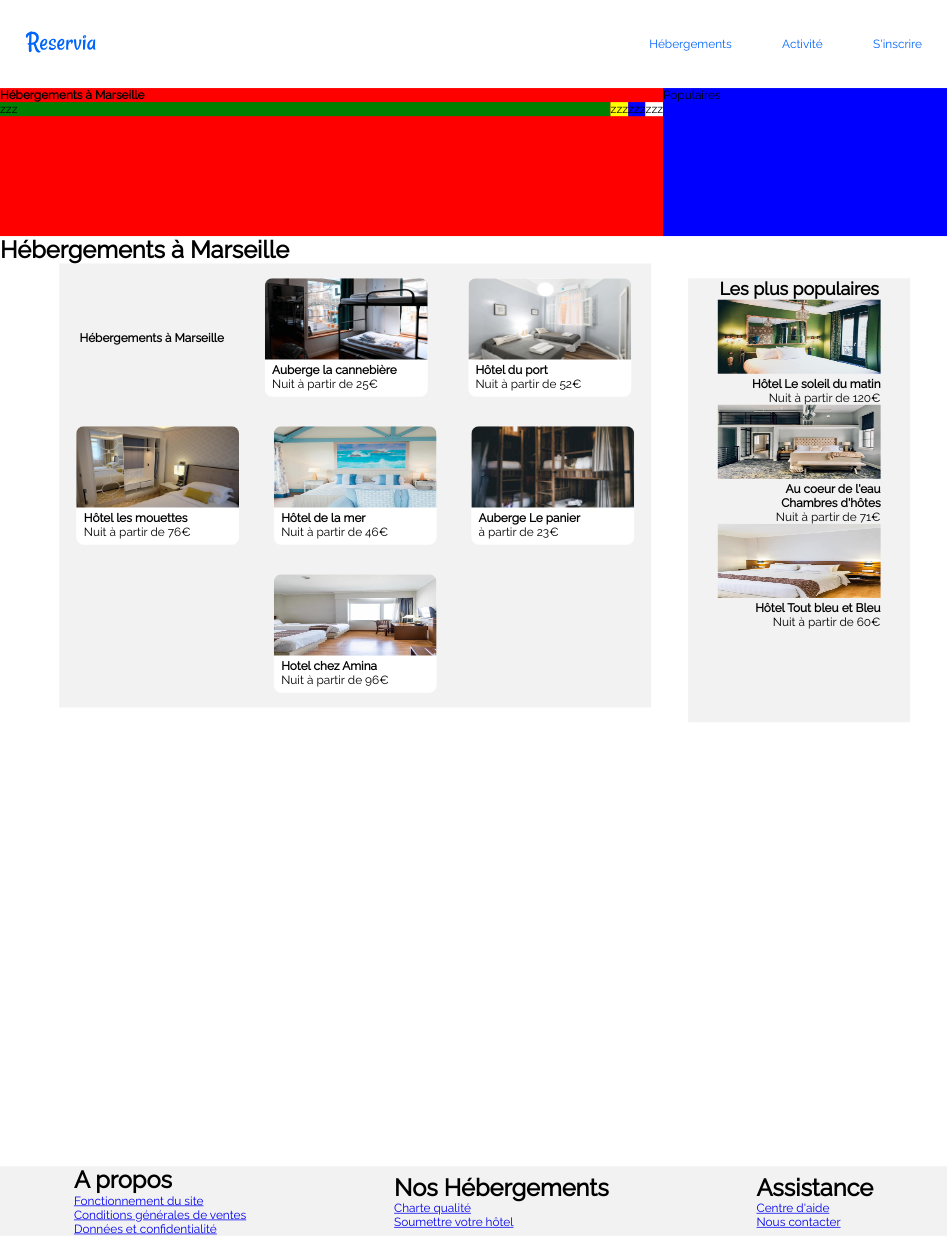
Repository: SoumareHarona/Soumaraharona_P2_18052021
Page: reservia.html
The author's editor kept a copy of each file at every save. The page is drawn from the files as they stood at one save, then again after the next save.
The browser window is 1280 px wide. The pictures show the whole page, at 74% of full size.

Above is the page before, as saved 2021-06-14 16:05:27.

### reservia.html
<!DOCTYPE html>
<html lang="fr">
    <head>
        <link rel="preconnect" href="https://fonts.gstatic.com">
        <link href="https://fonts.googleapis.com/css2?family=Raleway:wght@100&display=swap" rel="stylesheet">
        <meta charset="utf-8">
        <title>Réservia</title>
        <link rel="stylesheet" href="style.css">
        <link rel="icon" type="image/png" sizes="16x16" href="images/logo/Reservia@3x.png">
    </head>

    <body>
        <header>

            <nav class="navbar">
                <ul>
                    <li class="navbar-logo"><a href="#"><img class="logo" src="images/logo/Reservia.svg"></a></li>
                    <li class="=navbar-links"><a href="#">Hébergements</a></li>
                    <li class="navbar-links"><a href="#">Activité</a></li>
                    <li class="navbar-links"><a href="#">S'inscrire</a></li>
                </ul>
            </nav>

        </header>

        <div class="hebEtPop">
            <div class="heb" style="background-color: red;">
                <p class="titre"><b>Hébergements à Marseille</b></p>
                <div class="cards" style="display: flex;">

                    <div class="card" style="background-color: green;width: 100%;">zzz</div>
                    <div class="card" style="background-color: yellow;">zzz</div>
                    <div class="card" style="background-color: blue;">zzz</div>
                    <div class="card" style="background-color: white;">zzz</div>

                </div>

            </div>
            <div class="pop" style="background-color: blue;height: 200px;">Populaires</div>
        </div>

        <div><h1>Hébergements à Marseille</h1></div>


            <div id="hebergements">
                <div class="titre"><p><b>Hébergements à Marseille</b></p></div>
                <div class="items">
                    <a href="#"><img class="mosaique" src="images/hebergements/4_small/marcus-loke-WQJvWU_HZFo-unsplash.jpg" alt="" ></a>
                    <p><b>Auberge la cannebière</b><br>Nuit à partir de 25€</p>
                </div>

                <div class="items">
                    <a href="#"><img class="mosaique" src="images/hebergements/4_small/fred-kleber-gTbaxaVLvsg-unsplash.jpg" alt="" ></a>
                    <p><b>Hôtel du port</b><br> Nuit à partir de 52€</p>
                </div>

                <div class="items">
                    <a href="#"><img class="mosaique" src="images/hebergements/4_small/reisetopia-B8WIgxA_PFU-unsplash.jpg" alt="" ></a>
                    <p><b>Hôtel les mouettes</b><br>Nuit à partir de 76€</p>
                </div>

                <div class="items">
                    <a href="#"><img class="mosaique" src="images/hebergements/4_small/annie-spratt-Eg1qcIitAuA-unsplash.jpg" alt="" ></a>
                    <p><b>Hôtel de la mer</b> <br> Nuit à partir de 46€</p>
                </div>

                <div class="items">
                    <a href="#"><img class="mosaique" src="images/hebergements/4_small/nicate-lee-kT-ZyaiwBe0-unsplash.jpg" alt=""  ></a>
                    <p><b>Auberge Le panier</b><br> à partir de 23€</p>
                </div>

                <div class="items">
                    <a href="#"><img class="mosaique" src="images/hebergements/4_small/febrian-zakaria-M6S1WvfW68A-unsplash.jpg" alt="" ></a>
                    <p><b>Hotel chez Amina</b><br> Nuit à partir de 96€</p>
                </div>
            </div>

            <aside>
                <h2>Les plus populaires</h2>
                <div class="item-aside">
                    <a href="#"><img src="images/hebergements/4_small/emile-guillemot-Bj_rcSC5XfE-unsplash.jpg" alt="" height="100" width="220"></a>
                    <p><b>Hôtel Le soleil du matin</b><br>Nuit à partir de 120€</p>
                </div>

                <div class="item-aside">
                    <a href="#"><img src="images/hebergements/4_small/aw-creative-VGs8z60yT2c-unsplash.jpg" alt="" height="100" width="220"></a>
                    <p><b>Au coeur de l'eau</b><br><b>Chambres d'hôtes</b><br>Nuit à partir de 71€</p>
                </div>

                <div class="item-aside">
                    <a href="#"><img src="images/hebergements/4_small/febrian-zakaria-sjvU0THccQA-unsplash.jpg" alt="" height="100" width="220"></a>
                    <p><b>Hôtel Tout bleu et Bleu</b><br>Nuit à partir de 60€</p>
                </div>
        </aside>

        <footer>
            <div id="footer">
                <div class="item-footer">
                    <h1>A propos</h1>
                    <ul>
                        <li><a href="#">Fonctionnement du site</a></li>
                        <li><a href="#">Conditions générales de ventes</a></li>
                        <li><a href="#">Données et confidentialité</a></li>
                    </ul>
                </div>

                <div class="item-footer">
                    <h1>Nos Hébergements</h1>
                    <ul>
                        <li><a href="#">Charte qualité</a></li>
                        <li><a href="#">Soumettre votre hôtel</a></li>
                    </ul>
                </div>

                <div class="item-footer">
                    <h1>Assistance</h1>
                    <ul>
                        <li><a href="#">Centre d'aide</a></li>
                        <li><a href="#">Nous contacter</a></li>
                    </ul>
                </div>
            </div>
        </footer>
    </body>
</html>

### style.css
@import url("https://fonts.googleapis.com/css2?family=Raleway&display=swap");

* {
  margin: 0;
  padding: 0;
  box-sizing: border-box;
  font-family: "Raleway";
}
.navbar ul {
  display: flex;
  width: 100%;
  align-items: center;
  background-color: white;
}

.navbar li {
  list-style-type: none;
  padding: 1.5rem;
  margin: 10px;
}

.navbar a {
  text-decoration: none;
  color: #0065fc;
}
.navbar-logo {
  flex: 1;
  font-size: 1.5rem;
  user-select: none;
}

.navbar-links : :hover {
  background-color: #deebff;
}

.titre {
  display: flex;
  justify-content: flex-start;
  margin: 0;
}
#hebergements {
  display: flex;
  flex-wrap: wrap;
  justify-content: space-around;
  max-width: 800px;
  width: 80%;
  background-color: #f2f2f2;
  margin-left: 80px;
  align-items: center;
  height: 600px;
  border: 30px;
}

.items {
  width: 220px;
  height: 160px;
  background-color: white;
  border-radius: 10px;
  align-items: center;
  border: 20px;
}
.items img {
  width: 220px;
  height: 110px;
  border-top-left-radius: 10px;
  border-top-right-radius: 10px;
}

.items p {
  margin-left: 10px;
}

aside {
  display: flex;
  flex-direction: column;
  float: right;
  height: 600px;
  width: 300px;
  text-align: right;
  margin-top: 20px;
  background-color: #f2f2f2;
  position: relative;
  top: -600px;
  margin-right: 50px;
  align-items: center;
}

.item-footer ul {
  list-style-type: none;
}

.item-footer li {
  align-items: center;
}
#footer {
  display: flex;
  justify-content: space-around;
  flex-wrap: wrap;
  align-items: center;
  background-color: #f2f2f2;
  max-width: 1400px;
  width: 100%;
}

.hebEtPop {
  display: flex;
  flex-wrap: wrap;
}

.heb {
  width: 70%;
}
.pop {
  width: 30%;
}

/* tablet */
@media screen and (min-width: 768px) and (max-width: 1023px) {
  .heb {
    order: 2;
    width: 100%;
  }
  .pop {
    order: 1;
    width: 100%;
  }
}

/* mobile */
@media screen and (max-width: 767px) {
}

/*
@media (max-width: 600px) {
        .navbar ul {
            flex-wrap: wrap;
        }
        .navbar-links {
            width: 100%;
            text-align: center;
        }
        .aside {
            display: flex;
            flex-direction: row;
            width: 100%;

        }

} */

After the next save:
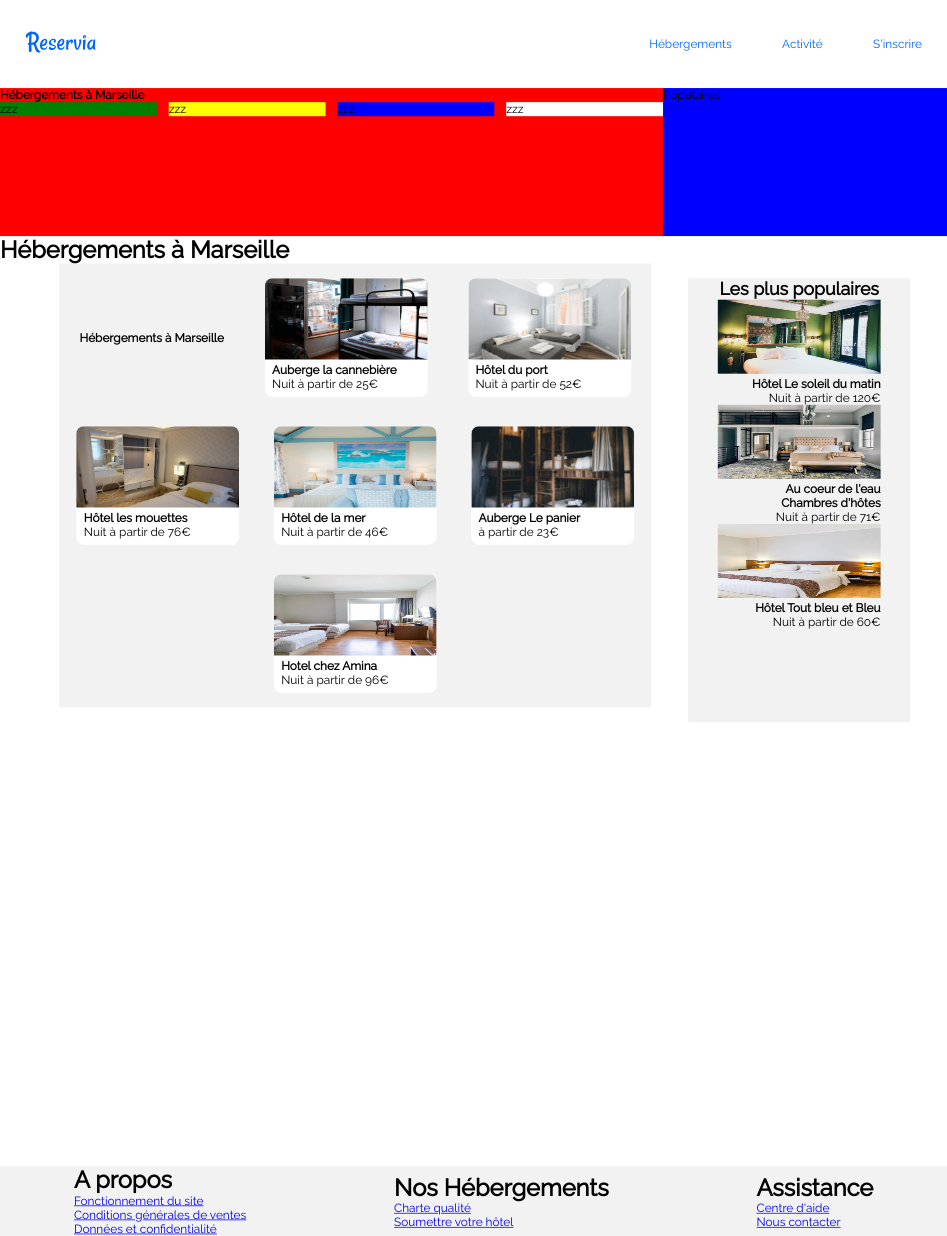
Saved 2 min 22 s later.
--- a/reservia.html
+++ b/reservia.html
@@ -26,12 +26,12 @@
         <div class="hebEtPop">
             <div class="heb" style="background-color: red;">
                 <p class="titre"><b>Hébergements à Marseille</b></p>
-                <div class="cards" style="display: flex;">
+                <div class="cards" style="display: flex;gap:1rem">
 
-                    <div class="card" style="background-color: green;width: 100%;">zzz</div>
-                    <div class="card" style="background-color: yellow;">zzz</div>
-                    <div class="card" style="background-color: blue;">zzz</div>
-                    <div class="card" style="background-color: white;">zzz</div>
+                    <div class="card" style="background-color: green;width: 33%;">zzz</div>
+                    <div class="card" style="background-color: yellow;width: 33%;">zzz</div>
+                    <div class="card" style="background-color: blue;width: 33%;">zzz</div>
+                    <div class="card" style="background-color: white;width: 33%;">zzz</div>
 
                 </div>
 
